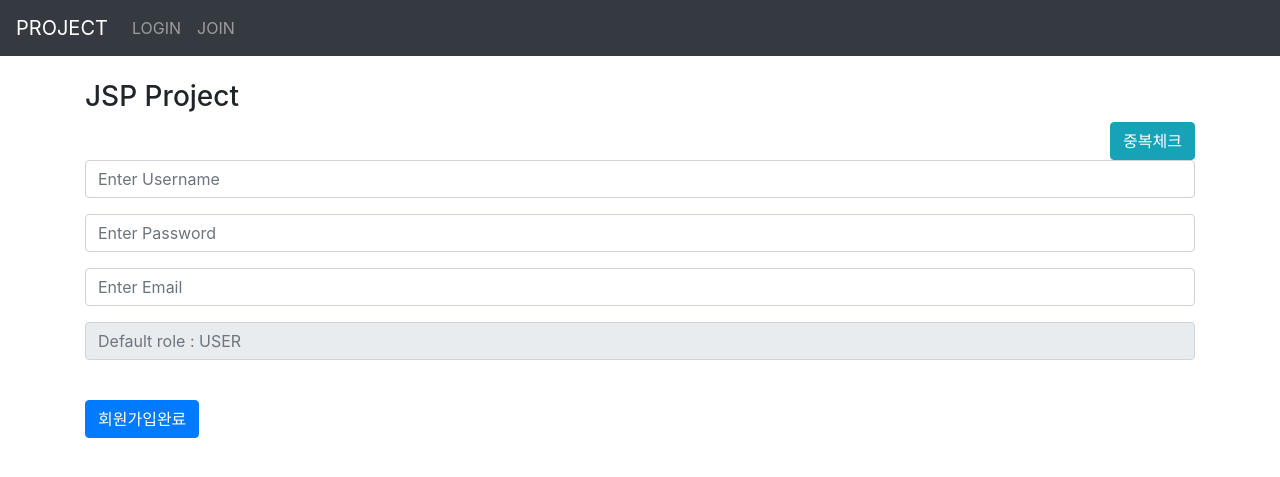
Repository: KuTaeMo/JSP-Project
Page: http://localhost/project/user/join.jsp
An editor plug-in stored every save of this project. The page is shown before and after the next save, followed by the edit.
The browser window is 1280 px wide. The pictures show the whole page.
The page is served by Tomcat 9.

Above is the page before, as saved 2021-01-12 02:16:49.

After the next save:
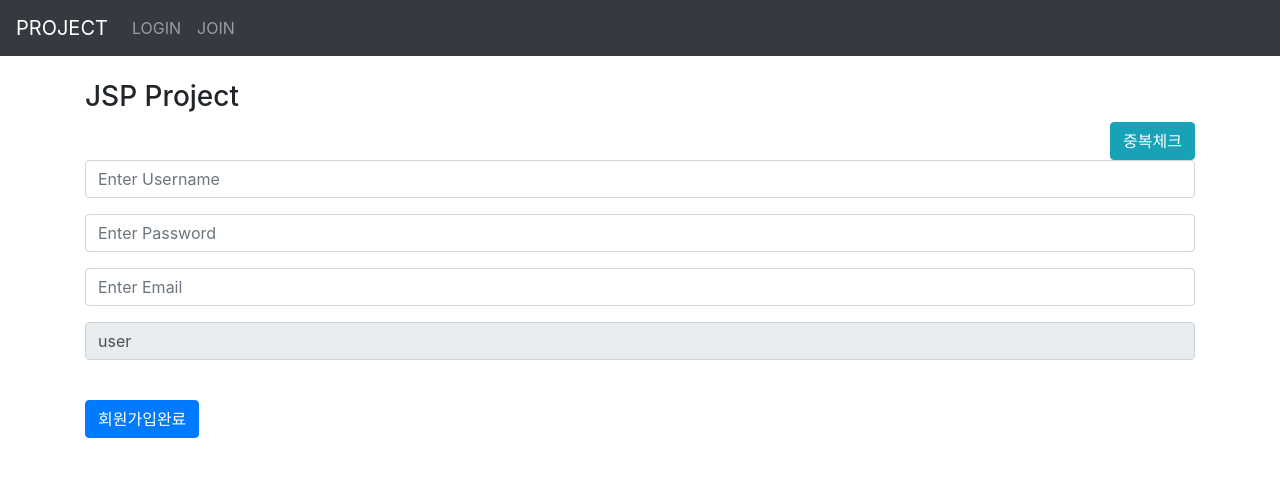
Saved 50 s later.
--- a/project/WebContent/user/join.jsp
+++ b/project/WebContent/user/join.jsp
@@ -26,7 +26,7 @@
 
 		<div class="form-group">
 			<input type="text" name="role" id="role" class="form-control"
-				placeholder="Default role : USER" required readonly />
+				value="user" placeholder="Default role : USER" required readonly />
 		</div>
 		<br />
 		<button type="submit" class="btn btn-primary">회원가입완료</button>
